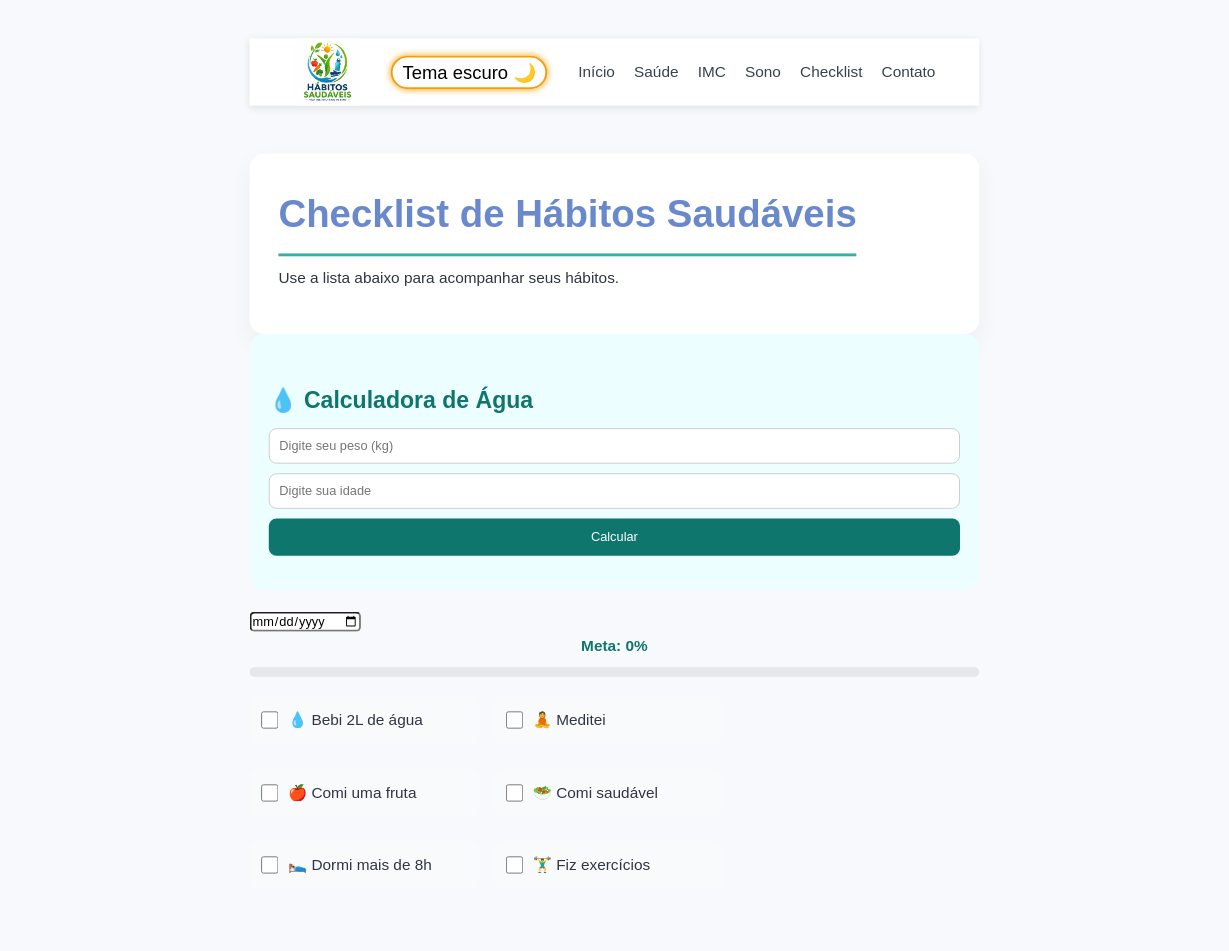
Repository: habitos2026/projetointegrador2026
Page: checklist.html
The author's editor kept a copy of each file at every save. The page is drawn from the files as they stood at one save, then again after a run of saves.
The browser window is 1280 px wide. The pictures show the whole page, at 96% of full size.

Above is the page before, as saved 2026-06-10 19:44:18.

### checklist.html
<!DOCTYPE html>
<html lang="pt-br">
<head>
<meta charset="UTF-8">
<meta name="viewport" content="width=device-width, initial-scale=1.0">
<title>Checklist</title>

<link rel="stylesheet" href="estilos.css">

<style>
/* SÓ O CHECKLIST (não mexe no resto do site) */

        :root {
            --cor-mente: #6a89cc;    /* Azul sereno */
            --cor-fisico: #38ada9;   /* Verde energia */
            --cor-agua: #4a69bd;     /* Azul hidratação */
            --cor-fundo: #f7f9fc;
        }

        /* Animação de Entrada */
        @keyframes fadeInUp {
            from {
                opacity: 0;
                transform: translateY(20px);
            }
            to {
                opacity: 1;
                transform: translateY(0);
            }
        }

        body {
            font-family: 'Segoe UI', Roboto, sans-serif;
            line-height: 1.6;
            background-color: var(--cor-fundo);
            color: #2f3542;
            max-width: 800px;
            margin: 0 auto;
            padding: 40px 20px;
        }

        header {
            text-align: center;
            margin-bottom: 50px;
            animation: fadeInUp 0.8s ease-out;
        }

        h1 {
            color: var(--cor-mente);
            font-size: 2.5rem;
            border-bottom: 3px solid var(--cor-fisico);
            display: inline-block;
            padding-bottom: 10px;
        }

        section {
            background: white;
            padding: 30px;
            border-radius: 15px;
            box-shadow: 0 10px 25px rgba(0,0,0,0.05);
            animation: fadeInUp 1s ease-out;
        }

        h2 {
            color: var(--cor-fisico);
            margin-top: 30px;
            display: flex;
            align-items: center;
            gap: 10px;
    }

.check-container {
    max-width: 500px;
    margin: 40px auto;
    background: white;
    padding: 25px;
    border-radius: 15px;
    box-shadow: 0 10px 25px rgba(0,0,0,0.1);
}

/* TÍTULO */
.check-container h1 {
    text-align: center;
    color: #0f766e;
}

/* DATA */
.check-container input[type="date"] {
    display: block;
    margin: 10px auto 20px;
    padding: 8px;
}

/* PROGRESSO */
.progresso {
    text-align: center;
    margin-bottom: 10px;
    font-weight: bold;
    color: #0f766e;
}

/* BARRA */
.barra {
    width: 100%;
    height: 10px;
    background: #e5e7eb;
    border-radius: 10px;
    overflow: hidden;
    margin-bottom: 20px;
}

.barra span {
    display: block;
    height: 100%;
    width: 0%;
    background: #0f766e;
    transition: 0.3s;
}

/* ITENS */
.habit-item {
    display: flex;
    align-items: center;
    gap: 10px;
    background: #f9fafb;
    padding: 12px;
    border-radius: 10px;
    margin-bottom: 10px;
}

.habit-item input {
    width: 18px;
    height: 18px;
}

/* TEXTO */
.habit-item span {
    font-weight: 500;
}

/* MARCADO */
.habit-item input:checked + span {
    text-decoration: line-through;
    color: #9ca3af;
}

/* MENSAGEM */
.msg {
    text-align: center;
    margin-top: 10px;
    color: green;
    font-weight: bold;
}

.data{
    border-radius: 5px;
}

.data::-webkit-calendar-picker-indicator{
    cursor: pointer;
}

.data:hover{
    cursor: pointer;
    background: #00b894;
    box-shadow: 0 10px 8px rgba(0, 0, 0, 0.2);
    transform: scale(104%);
    transition:
    background 0.5s,
    box-shadow 0.5s,
    transform 0.5s;
}

</style>

</head>

<body>

<div id="menu"></div>

<section class="intro">

    <h1>Checklist de Hábitos Saudáveis</h1>

    <p>
        Use a lista abaixo para acompanhar seus hábitos.
    </p>

</section>

<!-- CALCULADORA DE ÁGUA -->
<div class="agua-box">

    <h2>💧 Calculadora de Água</h2>

    <input type="number" id="peso" placeholder="Digite seu peso (kg)">
    <input type="number" id="idade" placeholder="Digite sua idade">

    <button onclick="calcularAgua()">Calcular</button>

    <p id="resultadoAgua"></p>

</div>

<!-- DATA -->
<input type="date" class="data" id="data">

<!-- PROGRESSO -->
<div class="progresso">
    Meta: <span id="pct">0%</span>
</div>

<div class="barra">
    <span id="bar"></span>
</div>

<!-- CHECKLIST -->

<div class="listas">
<label class="habit-item">
    <input type="checkbox" onchange="calc()">
    <span>💧 Bebi 2L de água</span>
</label>

<label class="habit-item">
    <input type="checkbox" onchange="calc()">
    <span>🧘 Meditei</span>
</label>

<label class="habit-item">
    <input type="checkbox" onchange="calc()">
    <span>🍎 Comi uma fruta</span>
</label>

<label class="habit-item">
    <input type="checkbox" onchange="calc()">
    <span>🥗 Comi saudável</span>
</label>

<label class="habit-item">
    <input type="checkbox" onchange="calc()">
    <span>🛌 Dormi mais de 8h</span>
</label>

<label class="habit-item">
    <input type="checkbox" onchange="calc()">
    <span>🏋️‍♂️ Fiz exercícios</span>
</label>
</div>

<p id="msg" class="msg"></p>
<div id="imgGif"></div>

<script src="trabalho.js"></script>

</body>
</html>

### estilos.css
:root{
    --cinza245: rgb(245,245,245);
    --cinza220: rgb(220,220,220);
    --cinza128: rgb(128,128,128);
    --azul: rgb(0,80,120);
    --amarelo: yellow;
}

/* RESET */
*{
    margin:0;
    padding:0;
    box-sizing:border-box;
    font-family:Arial, sans-serif;
}

body{
    background:#f5f7fb;
    color:#1f2937;
}

/* HEADER */
header{
    background:white;
    height:70px;

    display:flex;
    align-items:center;
    justify-content:space-between;

    padding:0 6%;

    box-shadow:0 2px 8px rgba(0,0,0,0.1);
}

/* LOGO */
.logo{
    height:100%;
    width:auto;
}

/* MENU */
.menu{
    display:flex;
    align-items:center;
    gap:20px;
}

.menu a{
    text-decoration:none;
    color:#374151;
    transition: 0.5s;

}

.menu a:hover{
    color:#0f766e;
    text-shadow: 0 0 6px #01b3a4;
}

/* TOPO MENU MOBILE */
.topoMenu{
    display:none;
}

/* BOTÃO MENU */
.botaoMenu{
    border:none;
    background:transparent;

    display:none;
    flex-direction:column;

    gap:6px;

    cursor:pointer;
    transition:0.5s;
}

.botaoMenu div{
    width:28px;
    height:3px;

    background:black;
    transition:0.5s;
}

/* MAIN */
main{
    max-width:800px;

    margin:40px auto;

    background:white;

    padding:30px;

    border-radius:10px;
}

/* TEXTOS */
h1{
    color:#0f766e;
    margin-bottom:10px;
}

p{
    margin-bottom:15px;
}

/* BANNER */
.bannerIndexInicio{
    width:100%;
    height:300px;
    overflow:hidden;
}

.bannerIndexInicio img{
    width:100%;
    height:100%;

    object-fit:cover;
    display:block;
}

.bannerIndex{
    height:100%;

    display:flex;
    justify-content:center;

    overflow:hidden;

    aspect-ratio:16/9;
}

.bannerIndex img{
    width:70%;
    height:80%;

    object-fit:cover;
}

/* BOX ÁGUA */
.agua-box{
    background:#ecfeff;

    padding:20px;

    border-radius:15px;

    margin-bottom:20px;
}

.agua-box h2{
    color:#0f766e;
    margin-bottom:10px;
}

.agua-box input{
    width:100%;

    padding:10px;

    margin-bottom:10px;

    border-radius:8px;

    border:1px solid #ccc;
}

.agua-box button{
    width:100%;

    padding:12px;

    background:#0f766e;

    color:white;

    border:none;

    border-radius:8px;

    cursor:pointer;

    transition:0.5s;
}

.agua-box button:hover{
    background:#115e59;

    transform:scale(1.01);

    box-shadow:
    0 0 10px rgb(1, 255, 234),
    0 0 15px rgb(0, 173, 253);
}

#resultadoAgua{
    margin-top:10px;
    font-weight:bold;
}

/* LISTAS */
.listas{
    width:65%;

    display:grid;

    grid-template-columns:repeat(2, 1fr);

    gap:1rem;
}

/* IMAGENS SAÚDE */
.Saude .Imagem img{

    width:35%;

    height:auto;

    object-fit:cover;

    border-radius:15px;

    transition:0.4s;
}

.Saude .Imagem img:hover{

    transform:scale(1.05);

    box-shadow:
    0 0 10px cyan,
    0 0 20px cyan,
    0 0 40px cyan;
}

.imc-box{
    background:#0f766e;

    padding:20px;

    border-radius:20px;

    margin-top:3rem;


}

.imc-box input{
    width:100%;

    padding:10px;

    margin-bottom:10px;

    border-radius:8px;

    border:1px solid #ccc;
}

.imc-box button{
    width:100%;

    padding:12px;

    background: white;

    border: none;

    border-radius:8px;

    cursor:pointer;

    transition:0.5s;
}

.imc-box button:hover{
    background:#f0f0f0;

    transform:scale(1.002);

    box-shadow:
    0 0 6px rgb(1, 255, 234),
    0 0 8px rgb(0, 173, 253),
    0 0 15px  rgba(18, 165, 153);
}

#resultado{
    margin-top:20px;

    font-weight:bold;

    display: flex;

    flex-direction: column;

    align-items: center;

    gap: 10px;

}

#botaoFecharMenu{
    border:none;

    background:transparent;

    box-shadow: none;

    font-size:20px;

    cursor:pointer;

    transition: 0.5s;

    border-radius: 100px;

}


#botaoFecharMenu:hover{
    color: red;
    text-shadow:  0 0 11px rgb(255, 0, 0);
}

#botaoFecharMenu:active{
  animation: clickEffect 0.2s ease;
}

/* ===== TEMA CLARO (padrão) — Sol ===== */
#btnTema {
    background: transparent;
    border: 2px solid #f59e0b;
    border-radius: 50px;
    padding: 4px 10px;
    font-size: 1.2rem;
    cursor: pointer;
    transition: all 0.3s;
    box-shadow: 0 0 8px #f59e0b;
}

#btnTema:hover {
    transform: scale(1.15) rotate(15deg);
    box-shadow: 0 0 14px #f59e0b, 0 0 28px #fbbf24;
}

/* ===== DARK MODE — Noite Neon ===== */
body.dark {
    background: #0a0f1e;
    color: #e2e8f0;
}

body.dark header {
    background: #0d1b2a;
    box-shadow: 0 2px 12px rgba(0, 255, 234, 0.15);
}

body.dark .menu {
    background: #0d1b2a;
}

body.dark .menu a {
    color: #94a3b8;
    border-bottom-color: #1e3a5f;
}

body.dark .menu a:hover {
    color: #00ffe0;
    text-shadow: 0 0 8px #00ffe0;
}

body.dark main,
body.dark section {
    background: #0d1b2a;
    box-shadow: 0 0 20px rgba(0, 255, 234, 0.08);
}

body.dark h1 {
    color: #38bdf8;
    text-shadow: 0 0 10px #38bdf8;
}

body.dark h2 {
    color: #00ffe0;
    text-shadow: 0 0 6px #00ffe0;
}

body.dark .agua-box {
    background: #0d2137;
    border: 1px solid #00ffe055;
    box-shadow: 0 0 12px rgba(0, 255, 234, 0.1);
}

body.dark .agua-box input,
body.dark .imc-box input,
body.dark .contato-form input,
body.dark .contato-form textarea {
    background: #0a0f1e;
    color: #e2e8f0;
    border-color: #1e3a5f;
}

body.dark .agua-box button,
body.dark .imc-box button,
body.dark .contato-form button {
    box-shadow: 0 0 10px rgba(0, 255, 234, 0.3);
}

body.dark .habit-item {
    background: #0d1b2a;
    border-left: 3px solid #00ffe055;
}

body.dark .barra {
    background: #1e293b;
}

body.dark .barra span {
    background: #00ffe0;
    box-shadow: 0 0 8px #00ffe0;
}

body.dark li {
    background: #0d1b2a;
    border-left-color: #00ffe0;
    color: #e2e8f0;
}

body.dark li:hover {
    background: #0d2137;
    box-shadow: 4px 0 12px rgba(0, 255, 234, 0.2);
}

body.dark .contato-box {
    background: #0d1b2a;
    box-shadow: 0 0 20px rgba(0, 255, 234, 0.1);
}

body.dark footer {
    color: #475569;
}

/* Botão tema no dark — borda neon */
body.dark #btnTema {
    border-color: #00ffe0;
    box-shadow: 0 0 8px #00ffe0, 0 0 16px #00ffe055;
    color: #00ffe0;
}

body.dark #btnTema:hover {
    box-shadow: 0 0 14px #00ffe0, 0 0 30px #00ffe0;
}

@keyframes clickEffect {
  0% {
    transform: scale(1);
    text-shadow: 0 0 10px red;
  }
  50% {
    transform: scale(0.95);
    text-shadow: 0 0 20px red;
  }
  100% {
    transform: scale(1);
    text-shadow: 0 0 10px red;
  }
}

/* ANIMAÇÃO */
@keyframes subir{

    from{
        opacity:0;
        transform:translateY(-20px);
    }

    to{
        opacity:1;
        transform:translateY(0);
    }

}

/* MOBILE */
@media screen and (max-width:950px){

    .botaoMenu{
        display:flex;

        animation:subir 0.5s ease;
    }

    .botaoMenu:hover{
        transform: scale(1.03);
    }
    .botaoMenu:hover div{
        box-shadow: 0 10px 15px rgba(0,0,0,0.4);

    }

    .menu{
        position:fixed;

        top:0;
        right:-100%;

        width:80%;
        height:100vh;

        background:white;

        flex-direction:column;

        align-items:flex-start;

        padding:30px;

        transition: right 0.5s;

        z-index:999;
    }

    .menu a{
        width:100%;

        padding:12px 0;


        border-bottom:1px solid var(--cinza220);

        text-decoration:none;

        color:#374151;

        transition: 0.10s;

}

    .menu a:hover{
    color:#0f766e;
    text-shadow: 0 0 6px #01b3a4;
    border: #01b3a4 1px solid;
    transition: 0.5s;
}

    .topoMenu{
        display:flex;

        width:100%;

        justify-content:space-between;

        align-items:center;

        margin-bottom:30px;
    }

    .topoMenu button{
        border:none;

        background:transparent;

        font-size:20px;

        cursor:pointer;
    }

    main{
        margin:20px;
    }

    .bannerIndex img{
        width:100%;
        height:220px;
    }

    .listas{
        width:100%;

        grid-template-columns:1fr;
    }

    .Saude .Imagem img{
        width:100%;
    }
}

### trabalho.js
// ===== DARK MODE — roda ANTES de tudo =====
if (localStorage.getItem("tema") === "dark") {
    document.body.classList.add("dark");
}

// ===== MENU =====
fetch("menu.html")
.then(res => res.text())
.then(data => {

    document.getElementById("menu").innerHTML = data;

    // Botão tema
    const btnTema = document.getElementById("btnTema");
    btnTema.textContent = document.body.classList.contains("dark") ? "Tema claro ☀️" : "Tema escuro 🌙";

    btnTema.addEventListener("click", () => {
        document.body.classList.toggle("dark");
        const temaDark = document.body.classList.contains("dark");
        localStorage.setItem("tema", temaDark ? "dark" : "light");
        btnTema.textContent = temaDark ? "Tema claro ☀️" : "Tema escuro 🌙";
    });

    // Botões do menu mobile
    const abrir = document.querySelector(".botaoMenu");
    const fechar = document.querySelector("#botaoFecharMenu");
    const menu = document.querySelector("#menuNav");

    abrir.addEventListener("click", () => {
        menu.style.right = "0";
    });

    fechar.addEventListener("click", () => {
        menu.style.right = "-100%";
    });

});

// ===== RESTO DAS FUNÇÕES =====

function calc() {
    const checks = document.querySelectorAll('.habit-item input');
    let marcados = 0;

    checks.forEach(check => {
        if(check.checked) marcados++;
    });

    let porcentagem = (marcados / checks.length) * 100;

    document.getElementById("pct").innerText = porcentagem + "%";
    document.getElementById("bar").style.width = porcentagem + "%";

    const msg = document.getElementById("msg");
    const imgGif = document.getElementById("imgGif");

    if (porcentagem === 100) {
        msg.innerText = "Parabéns! Você completou todos os hábitos 🎉";
        imgGif.innerHTML = `<img src="pasta-de-imagens/gifParabens.gif" alt="Parabéns">`;
    } else {
        msg.innerText = "";
        imgGif.innerHTML = "";
    }
}

const data = document.getElementById("data");
if (data) {
    data.addEventListener("click", () => {
        data.showPicker();
    });
}

function calcularAgua() {
    const peso = parseFloat(document.getElementById("peso").value);
    const idade = parseInt(document.getElementById("idade").value);

    if (isNaN(peso) || peso <= 0 || isNaN(idade) || idade <= 0) {
        document.getElementById("resultadoAgua").innerText = "Por favor, preencha peso e idade corretamente.";
        return;
    }

    let mlPorKg;

    if (idade <= 17) mlPorKg = 40;
    else if (idade <= 55) mlPorKg = 35;
    else if (idade <= 65) mlPorKg = 30;
    else mlPorKg = 25;

    const totalMl = peso * mlPorKg;
    const totalLitros = (totalMl / 1000).toFixed(1);

    document.getElementById("resultadoAgua").innerText =
        `Você deve beber aproximadamente ${totalLitros}L de água por dia.`;
}

### menu.html
<header>

    <img class="logo" src="pasta-de-imagens/images.webp" alt="Logo">

    <button id="btnTema" title="Alternar tema">🌙</button>

    <button class="botaoMenu">

        <div></div>
        <div></div>
        <div></div>

    </button>

    <nav id="menuNav" class="menu">

        <div class="topoMenu">

            <h3>Menu</h3>
            <button id="botaoFecharMenu">X</button>
            <button id="abrirMenu" class="botaoMenu"></button>

        </div>

        <a href="index.html">Início</a>
        <a href="saude.html">Saúde</a>
        <a href="imc.html">IMC</a>
        <a href="sono.html">Sono</a>
        <a href="checklist.html">Checklist</a>
        <a href="contato.html">Contato</a>

    </nav>

</header>

After the next 5 saves:
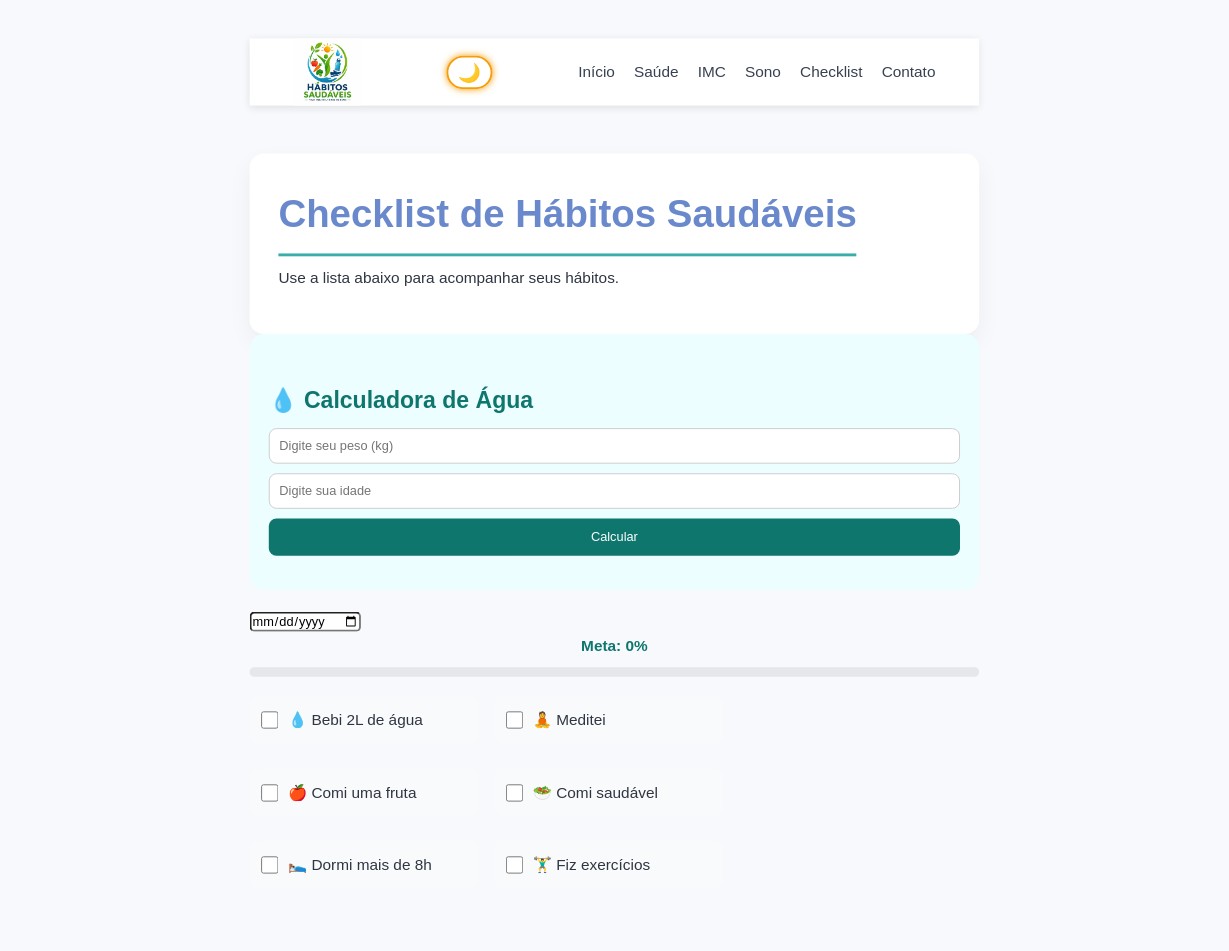
The 5 saves are shown as one change because they came seconds apart.
The last was saved 6 min 20 s later.
--- a/trabalho.js
+++ b/trabalho.js
@@ -12,13 +12,13 @@ fetch("menu.html")
 
     // Botão tema
     const btnTema = document.getElementById("btnTema");
-    btnTema.textContent = document.body.classList.contains("dark") ? "Tema claro ☀️" : "Tema escuro 🌙";
+    btnTema.textContent = document.body.classList.contains("dark") ? "☀️" : "🌙";
 
     btnTema.addEventListener("click", () => {
         document.body.classList.toggle("dark");
         const temaDark = document.body.classList.contains("dark");
         localStorage.setItem("tema", temaDark ? "dark" : "light");
-        btnTema.textContent = temaDark ? "Tema claro ☀️" : "Tema escuro 🌙";
+        btnTema.textContent = temaDark ? "☀️" : "🌙";
     });
 
     // Botões do menu mobile
